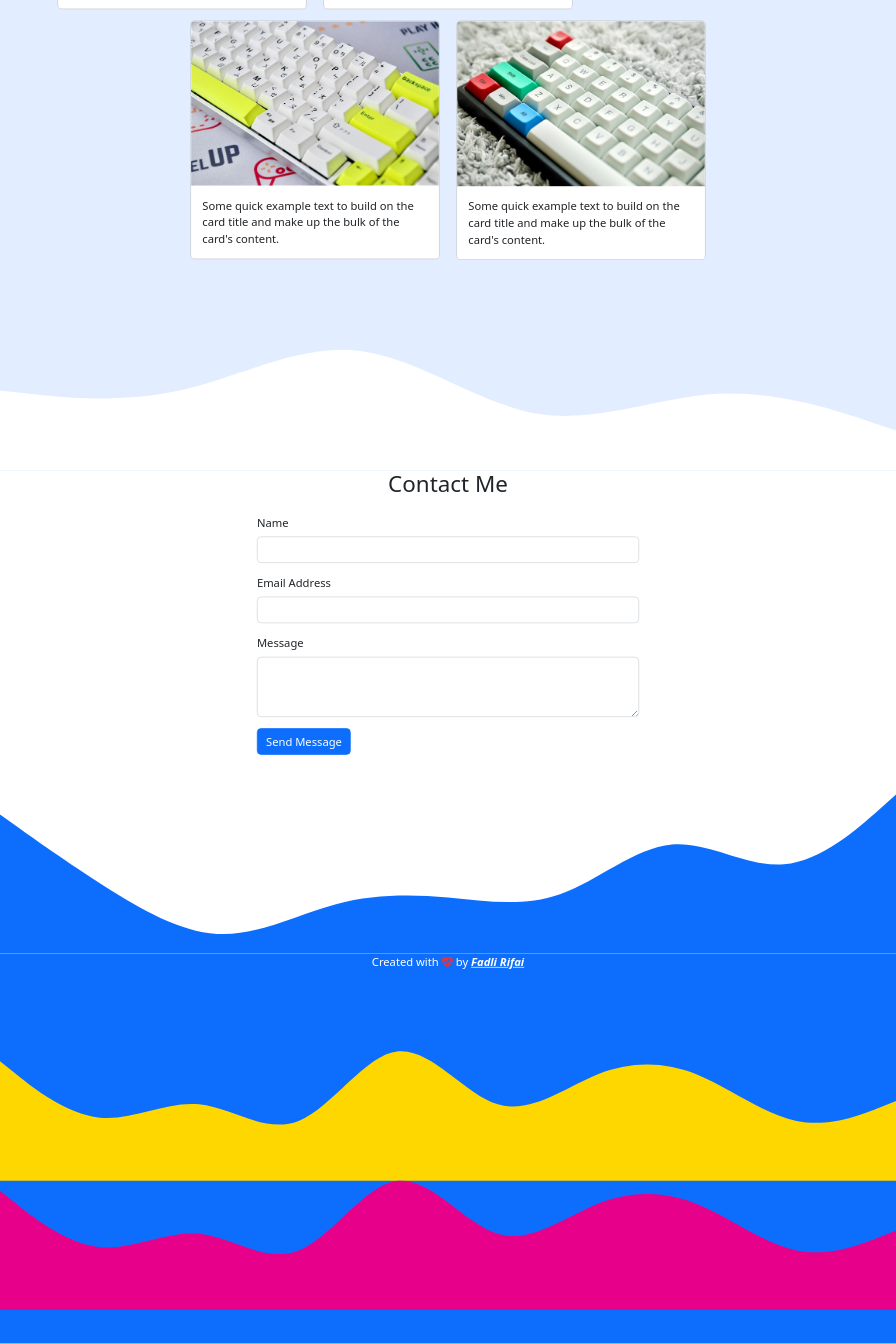
Repository: fadlyyy/fadli-dev.github.io
Page: index.html
These files come from the project's save history. The page is drawn as it stood at one moment and after the next save; the edit follows.
The browser window is 1280 px wide. The pictures show the part of the page from y = 1885 to 3805 px (the page is 3805 px tall before and 3605 px after), at 70% of full size.

Above is the page before, as saved 2024-01-19 16:34:44.

After the next save:
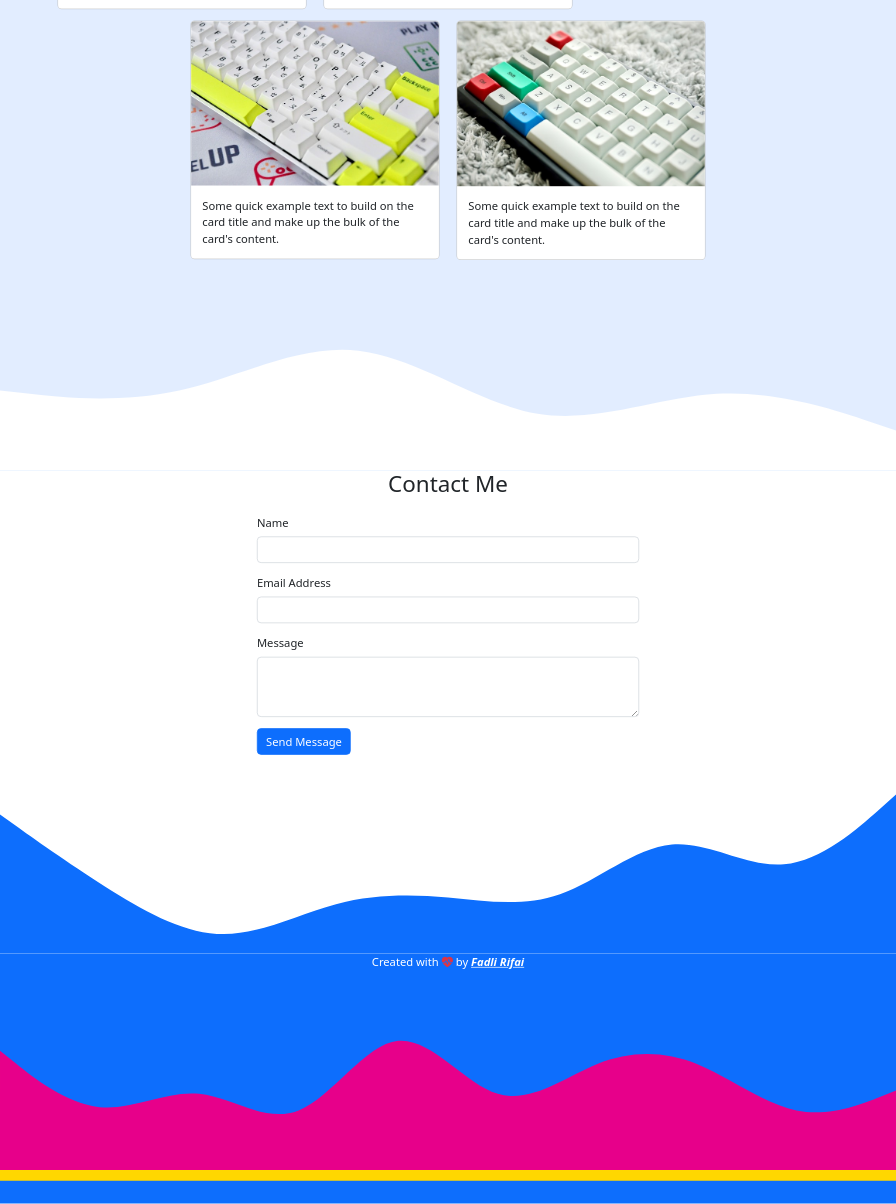
Saved 5 s later.
--- a/style.css
+++ b/style.css
@@ -20,7 +20,7 @@
 }
 
 .gelombang .gelombang2 {
-  margin-top: -100px;
+  margin-top: -300px;
   /* position: absolute; */
   /* top: -300px; */
   /* z-index: -10; */
